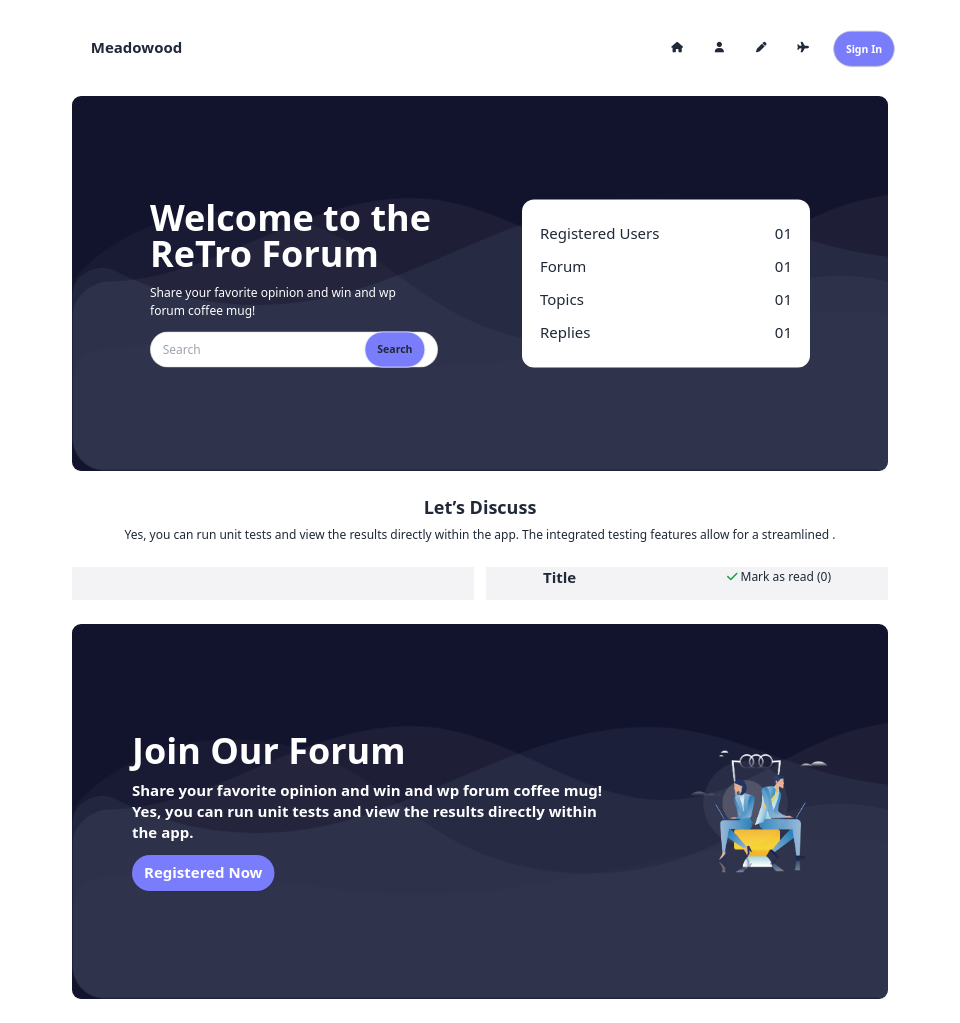
Repository: RudrasahaDibos/Meadowood-Forum
Page: index.html
These files come from the project's save history. The page is drawn as it stood at one moment and after the next save; the edit follows.
The browser window is 1280 px wide. The pictures show the whole page, at 75% of full size.
The page's requests for data from a server got no answer. Some web libraries are served in a nearby version.

Above is the page before, as saved 2024-11-25 11:06:45.

### index.html
<!DOCTYPE html>
<html lang="en">
    <head>
        <meta charset="UTF-8">
        <meta name="viewport" content="width=device-width, initial-scale=1.0">
        <title>Meadowood Forum</title>

        <!-- tailwind  -->
        <link
            href="https://cdn.jsdelivr.net/npm/daisyui@4.12.14/dist/full.min.css"
            rel="stylesheet" type="text/css" />
        <script src="https://cdn.tailwindcss.com"></script>

        <!-- font awesome  -->
        <link rel="stylesheet"
            href="https://cdnjs.cloudflare.com/ajax/libs/font-awesome/6.7.1/css/all.min.css"
            integrity="sha512-5Hs3dF2AEPkpNAR7UiOHba+lRSJNeM2ECkwxUIxC1Q/FLycGTbNapWXB4tP889k5T5Ju8fs4b1P5z/iB4nMfSQ=="
            crossorigin="anonymous" referrerpolicy="no-referrer" />

    </head>
    <body class="container mx-auto lg:px-24 px-8">
        <!-- header is start here  -->
        <header class="mt-8">
            <!-- navbar is start here  -->
            <div class="navbar bg-base-100">
                <div class="flex-1">
                    <a class="btn btn-ghost text-xl">Meadowood</a>
                </div>
                <div class="flex-none">
                    <div class="dropdown dropdown-end mr-6">
                        <div role="button"
                            class="btn btn-ghost btn-circle flex w-full  ">
                            <div
                                class="indicator rounded-full border-1 h-8 w-8 mr-4 tooltip"
                                data-tip="home">
                                <i
                                    class="fa-solid fa-house h-5 w-5 mx-auto mt-2"></i>
                            </div>
                            <div
                                class="indicator rounded-full border-1 h-8 w-8 mr-4 tooltip"
                                data-tip="User">
                                <i
                                    class="fa-solid fa-user h-5 w-5 mx-auto mt-2"></i>
                            </div>
                            <div
                                class="indicator rounded-full border-1 h-8 w-8 mr-4 tooltip"
                                data-tip="pen">
                                <i
                                    class="fa-solid fa-pen h-5 w-5 mx-auto mt-2"></i>
                            </div>
                            <div
                                class="indicator rounded-full border-1 h-8 w-8 mr-4 tooltip"
                                data-tip="flight">
                                <i
                                    class="fa-solid fa-plane h-5 w-5 mx-auto mt-2"></i>
                            </div>
                        </div>

                    </div>
                    <div class="dropdown dropdown-end">
                        <div tabindex="0" role="button"
                            class="btn btn-ghost btn-circle avatar">

                            <button
                                class="btn btn-active bg-[#797DFC] text-white rounded-full ">Sign
                                In</button>

                        </div>
                        <ul
                            tabindex="0"
                            class="menu menu-sm dropdown-content bg-base-100 rounded-box z-[1] mt-3 w-52 p-2 shadow">
                            <li>
                                <a class="justify-between">
                                    Profile
                                    <span class="badge">New</span>
                                </a>
                            </li>
                            <li><a>Settings</a></li>
                            <li><a>Logout</a></li>
                        </ul>
                    </div>
                </div>
            </div>
            <!-- navbar is  end here  -->

            <!-- bannner start here  -->
            <div
                class="lg:w-full w-[450px] relative bg-no-repeat bg-cover h-[500px] z-0 rounded-xl overflow-hidden mt-8 bg-[#12132D]"
                style="background-image: url('/images/bgbanner.png');">
                <div
                    class="relative top-0 left-0 w-full h-full z-10  flex lg:flex-row flex-col justify-center items-center gap-28 ">

                    <div class="lg:space-y-4 space-y-2 lg:mt-0 mt-20">
                        <h2
                            class="lg:text-5xl text-xl font-extrabold font-manrope text-white">Welcome
                            to the <br> ReTro Forum</h2>
                        <p class="text-white">Share your favorite opinion and
                            win and wp <br> forum coffee mug!</p>
                        <label
                            class="input input-bordered flex items-center gap-2 w-96 rounded-full">
                            <input type="text" class="grow"
                                placeholder="Search" />
                            <button
                                class="btn bg-[#797DFC] rounded-full">Search</button>
                        </label>
                    </div>

                    <div
                        class="menu bg-[#FFFFFF] rounded-box w-96 h-56 lg:mb-0 mb-20">
                        <div class="p-4 space-y-4 mt-2 ">

                            <div class="flex justify-between"><a
                                    class="text-xl ">Registered Users</a><a
                                    class="text-xl ">01</a></div>
                            <div class="flex justify-between"><a
                                    class="text-xl ">Forum</a><a
                                    class="text-xl">01</a></div>
                            <div class="flex justify-between"><a
                                    class="text-xl ">Topics</a><a
                                    class="text-xl">01</a></div>
                            <div class="flex justify-between"><a
                                    class="text-xl ">Replies</a><a
                                    class="text-xl ">01</a></div>
                        </div>
                    </div>

                </div>
            </div>
            <!-- bannner end here  -->

        </header>
        <!-- header is end here  -->

        <!-- main is start here  -->
        <main class="">
            <!-- Let’s Discuss  starts here  -->
           <div class="ml-4 lg:ml-0">
            <h1 class="text-2xl text-center font-semibold mt-8">Let’s Discuss</h1>
            <p class="text-center mx-auto mt-2 ">Yes, you can run unit tests and view the results directly within
                the app. The integrated testing features allow for a streamlined
                .</p>
           </div>
            <!-- Let’s Discuss start here -->
            <section class="mt-8">
                <!-- card start here -->
                    <div class="flex gap-4 flex-col lg:flex-row  ">
                        <div  id="card-conatiner" class="space-y-4 bg-[#F3F3F5] lg:w-full  w-[450px]  ">


                        </div>

                        <!-- card ends here -->

                        <div class="space-y-4 bg-[#F3F3F5] lg:w-full w-96 flex flex-col  items-center ">
                             <div class="flex gap-4 justify-between w-96">
                                <p class="text-xl font-bold">Title</p>
                                <p ><i class="fa-solid fa-check text-green-600"></i> Mark as read (<span id="mark-read">0</span>)</p>
                             </div>
                            <div id="secondcard-container" class="space-y-4 bg-[#F3F3F5] lg:w-full  w-[450px] ">


                                 <div>

                                 </div>


                              </div>


                        </div>
                    </div>
                    <!-- card end here -->
            </section>

                 <!-- resgistart start here  -->
                       <section class="mt-8">
                        <div
                        class="lg:w-full w-[450px] relative bg-no-repeat bg-cover h-[500px] z-0 rounded-xl overflow-hidden mt-8 bg-[#12132D] p-20"
                        style="background-image: url('/images/bgbanner.png');">
                        <div
                            class="relative top-0 left-0 w-full h-full z-10  flex lg:flex-row flex-col justify-center items-center gap-28 ">

                            <div class="lg:space-y-4 space-y-2 lg:mt-0 mt-24">
                                <h2
                                    class="lg:text-5xl text-xl font-extrabold font-manrope text-white">Join Our Forum</h2>
                                <p class="text-white text-xl font-bold ">Share your favorite opinion and win and wp forum coffee mug! Yes, you can  run unit tests and view the results directly within the app. </p>


                                    <button
                                        class="btn bg-[#797DFC] rounded-full text-white border-none  mx-auto text-xl ">Registered Now</button>

                            </div>

                            <div
                                class="">
                                 <img src="images/joinforum.png" alt="">
                            </div>

                        </div>
                    </div>
                       </section>

                 <!-- registart end here -->

                <!-- latest card  startt here -->
                 <section class="mt-8">

                  <div id="latest-card" class="grid lg:grid-cols-3 grid-cols-1">

                  </div>
                 </section>

                <!-- latest crd end here -->


        </main>
        <!-- main is end here  -->

        <!-- footer is start here  -->

        <!-- footer is end here  -->
         <script src="app.js"></script>
    </body>
</html>

### app.js
const loadforum = async() =>{
    const res = await fetch('https://openapi.programming-hero.com/api/retro-forum/posts')
    const data =await res.json()
    const CardContainer = document.getElementById('card-conatiner')

    data.posts.forEach(items => {
        console.log(items)
         const div = document.createElement('div')
         div.classList = `card card-side bg-base-100 shadow-xl`
         div.innerHTML =`
                                         <div class="avatar indicator">

                                           <span class="indicator-item ml-16 mt-4  indicator-start badge badge-secondary">${items.isActive === false}</span>
                                        <div class="lg:h-20 lg:ml-2 lg:mt-3 lg:w-full lg:mx-auto lg:rounded-3xl rounded-full h-20 ">
                                          <img
                                            alt="Tailwind CSS examples"
                                            src="${items.image}" />
                                        </div>
                                      </div>

                                <div class="card-body">
                                    <div class="flex justify-between">
                                        <p>#${items.category}</p>
                                        <p>Author : ${items.author.name}</p>
                                    </div>
                                  <h2 class="card-title">${items.title}</h2>
                                  <p>${items.description}</p>
                                   <p class="border-2 border-dotted "></p>
                                    <div class="flex justify-between">
                                        <div class="flex gap-4 ">
                                       <p class="flex justify-center items-center gap-2"><i class="fa-regular fa-message"></i>${items.comment_count}</p>
                                        <p class="flex justify-center items-center gap-2"><i class="fa-regular fa-eye"></i>${items.posted_time}</p>
                                        <p class="flex justify-center items-center gap-2"><i class="fa-regular fa-compass"></i>${items.view_count}</p>
                                        </div>
                                        <div class=" bg-green-600 h-10 w-10 rounded-full">
                                        <button onClick="handledetails('${items.title}','${items.view_count}')"><i class="fa-solid fa-envelope text-white flex justify-center items-center ml-3 mt-3"></i> </button>

                                        </div>
                                    </div>

                                </div>


         `
         CardContainer.appendChild(div)
    });
}

  const handledetails = async(title,view_count) =>{
    const Cart = getValueElementById('mark-read')
    const totalCart = Cart +1
    setInnerText('mark-read',totalCart)


    const secondcard = document.getElementById('secondcard-container')
        const div = document.createElement('div')
        div.classList = `card  bg-base-100 shadow-xl`
        div.innerHTML = `


                                <div class="card-body flex mx-auto justify-between">
                                   <div>
                                      <h2 class="">${title}</h2>
                                 </div>
                                    <div>
                                        <p class=""><i class="fa-regular fa-eye">${view_count}</i></p>
                                 </div>


                                </div>

        `
        secondcard.appendChild(div)


  }


  function setInnerText(id,value){
    document.getElementById(id).innerText = value
  }

  function getValueElementById(id){
    const getvalueText = document.getElementById(id).innerText
    const getValueint = parseInt(getvalueText)
    return getValueint
   }
   const loadletest = async() =>{
       const res = await fetch(' https://openapi.programming-hero.com/api/retro-forum/latest-posts')
       const data = await res.json()

       const latestCard = document.getElementById('latest-card')
       data.forEach(items => {
        console.log(items)
          const div = document.createElement('div')
          div.classList =`card bg-base-100 w-96 shadow-xl`
          div.innerHTML=`
                             <figure class="px-10 pt-10">
                            <img
                              src="${items.cover_image}"
                              alt=""
                              class="rounded-xl" />
                          </figure>

                          <div class="card-body ">
                          <h2 class="flex items-center  gap-4"><i class="fa-solid fa-calendar-days"></i>${items.author.posted_date || 'No publish date'}</h2>
                            <h2 class="card-title">${items.title}</h2>
                            <p>${items.description}</p>
                            <div class="navbar bg-base-100">

                    <div class="flex-none gap-2">
                        <div class="dropdown dropdown-end">
                            <div tabindex="0" role="button" class="btn btn-ghost btn-circle avatar">
                              <div class="w-10 rounded-full">
                                <img
                                  alt="Tailwind CSS Navbar component"
                                  src="${items.profile_image}" />
                              </div>
                            </div>

                          </div>

                           <div class="">
                              <h2 class="text-2xl text-black font-bold">${items.author.name}</h2>
                              <span>${items.author.designation || "Unknown"}</span>
                           </div>

                    </div>
                  </div>
                          </div>
          `
          latestCard.appendChild(div)
       });
   }


loadforum()
loadletest()

After the next save:
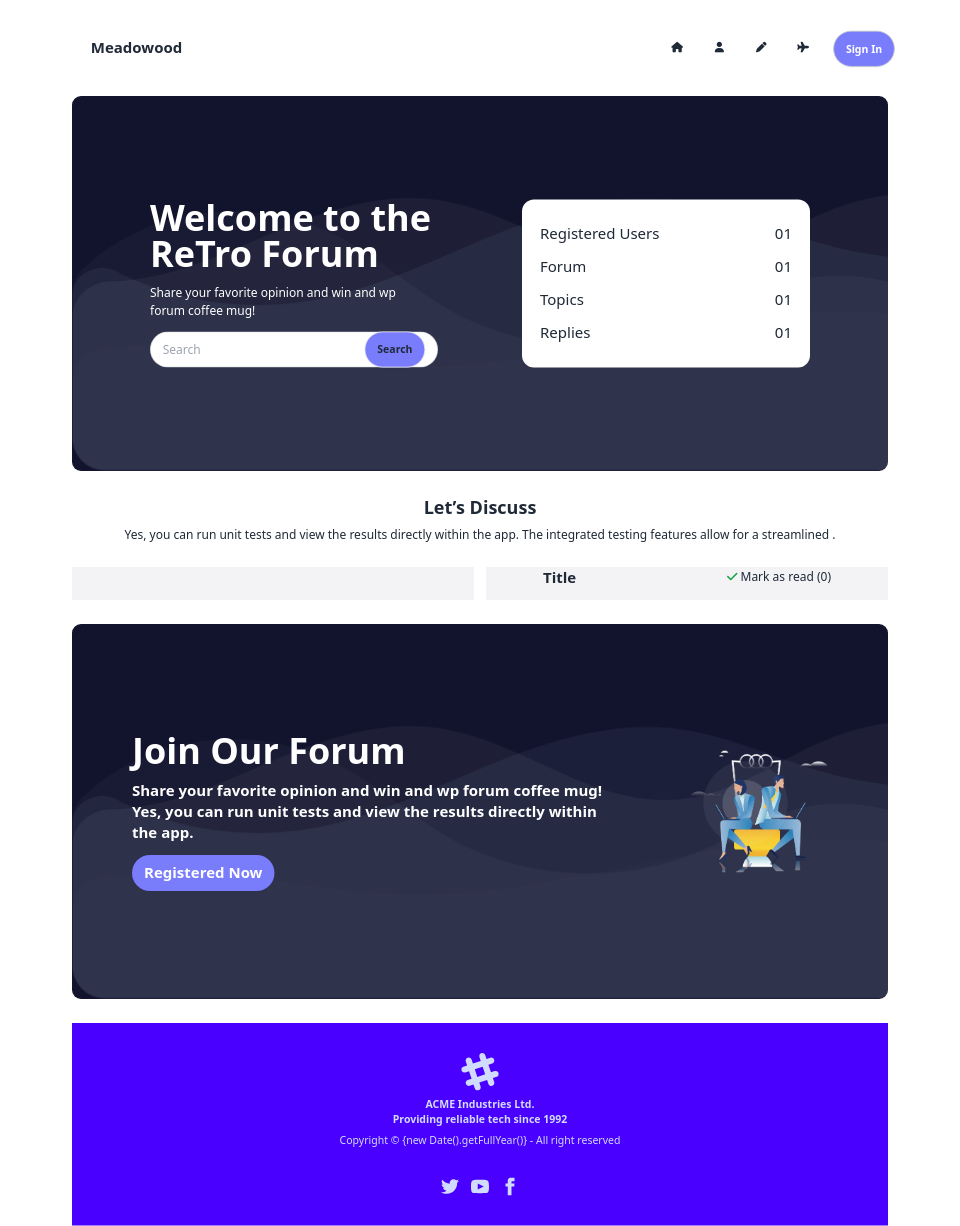
Saved 2 min 32 s later.
--- a/index.html
+++ b/index.html
@@ -217,7 +217,64 @@
         <!-- main is end here  -->
 
         <!-- footer is start here  -->
-
+        <footer class="footer footer-center bg-primary text-primary-content p-10">
+            <aside>
+              <svg
+                width="50"
+                height="50"
+                viewBox="0 0 24 24"
+                xmlns="http://www.w3.org/2000/svg"
+                fill-rule="evenodd"
+                clip-rule="evenodd"
+                class="inline-block fill-current">
+                <path
+                  d="M22.672 15.226l-2.432.811.841 2.515c.33 1.019-.209 2.127-1.23 2.456-1.15.325-2.148-.321-2.463-1.226l-.84-2.518-5.013 1.677.84 2.517c.391 1.203-.434 2.542-1.831 2.542-.88 0-1.601-.564-1.86-1.314l-.842-2.516-2.431.809c-1.135.328-2.145-.317-2.463-1.229-.329-1.018.211-2.127 1.231-2.456l2.432-.809-1.621-4.823-2.432.808c-1.355.384-2.558-.59-2.558-1.839 0-.817.509-1.582 1.327-1.846l2.433-.809-.842-2.515c-.33-1.02.211-2.129 1.232-2.458 1.02-.329 2.13.209 2.461 1.229l.842 2.515 5.011-1.677-.839-2.517c-.403-1.238.484-2.553 1.843-2.553.819 0 1.585.509 1.85 1.326l.841 2.517 2.431-.81c1.02-.33 2.131.211 2.461 1.229.332 1.018-.21 2.126-1.23 2.456l-2.433.809 1.622 4.823 2.433-.809c1.242-.401 2.557.484 2.557 1.838 0 .819-.51 1.583-1.328 1.847m-8.992-6.428l-5.01 1.675 1.619 4.828 5.011-1.674-1.62-4.829z"></path>
+              </svg>
+              <p class="font-bold">
+                ACME Industries Ltd.
+                <br />
+                Providing reliable tech since 1992
+              </p>
+              <p>Copyright © {new Date().getFullYear()} - All right reserved</p>
+            </aside>
+            <nav>
+              <div class="grid grid-flow-col gap-4">
+                <a>
+                  <svg
+                    xmlns="http://www.w3.org/2000/svg"
+                    width="24"
+                    height="24"
+                    viewBox="0 0 24 24"
+                    class="fill-current">
+                    <path
+                      d="M24 4.557c-.883.392-1.832.656-2.828.775 1.017-.609 1.798-1.574 2.165-2.724-.951.564-2.005.974-3.127 1.195-.897-.957-2.178-1.555-3.594-1.555-3.179 0-5.515 2.966-4.797 6.045-4.091-.205-7.719-2.165-10.148-5.144-1.29 2.213-.669 5.108 1.523 6.574-.806-.026-1.566-.247-2.229-.616-.054 2.281 1.581 4.415 3.949 4.89-.693.188-1.452.232-2.224.084.626 1.956 2.444 3.379 4.6 3.419-2.07 1.623-4.678 2.348-7.29 2.04 2.179 1.397 4.768 2.212 7.548 2.212 9.142 0 14.307-7.721 13.995-14.646.962-.695 1.797-1.562 2.457-2.549z"></path>
+                  </svg>
+                </a>
+                <a>
+                  <svg
+                    xmlns="http://www.w3.org/2000/svg"
+                    width="24"
+                    height="24"
+                    viewBox="0 0 24 24"
+                    class="fill-current">
+                    <path
+                      d="M19.615 3.184c-3.604-.246-11.631-.245-15.23 0-3.897.266-4.356 2.62-4.385 8.816.029 6.185.484 8.549 4.385 8.816 3.6.245 11.626.246 15.23 0 3.897-.266 4.356-2.62 4.385-8.816-.029-6.185-.484-8.549-4.385-8.816zm-10.615 12.816v-8l8 3.993-8 4.007z"></path>
+                  </svg>
+                </a>
+                <a>
+                  <svg
+                    xmlns="http://www.w3.org/2000/svg"
+                    width="24"
+                    height="24"
+                    viewBox="0 0 24 24"
+                    class="fill-current">
+                    <path
+                      d="M9 8h-3v4h3v12h5v-12h3.642l.358-4h-4v-1.667c0-.955.192-1.333 1.115-1.333h2.885v-5h-3.808c-3.596 0-5.192 1.583-5.192 4.615v3.385z"></path>
+                  </svg>
+                </a>
+              </div>
+            </nav>
+          </footer>
         <!-- footer is end here  -->
          <script src="app.js"></script>
     </body>
